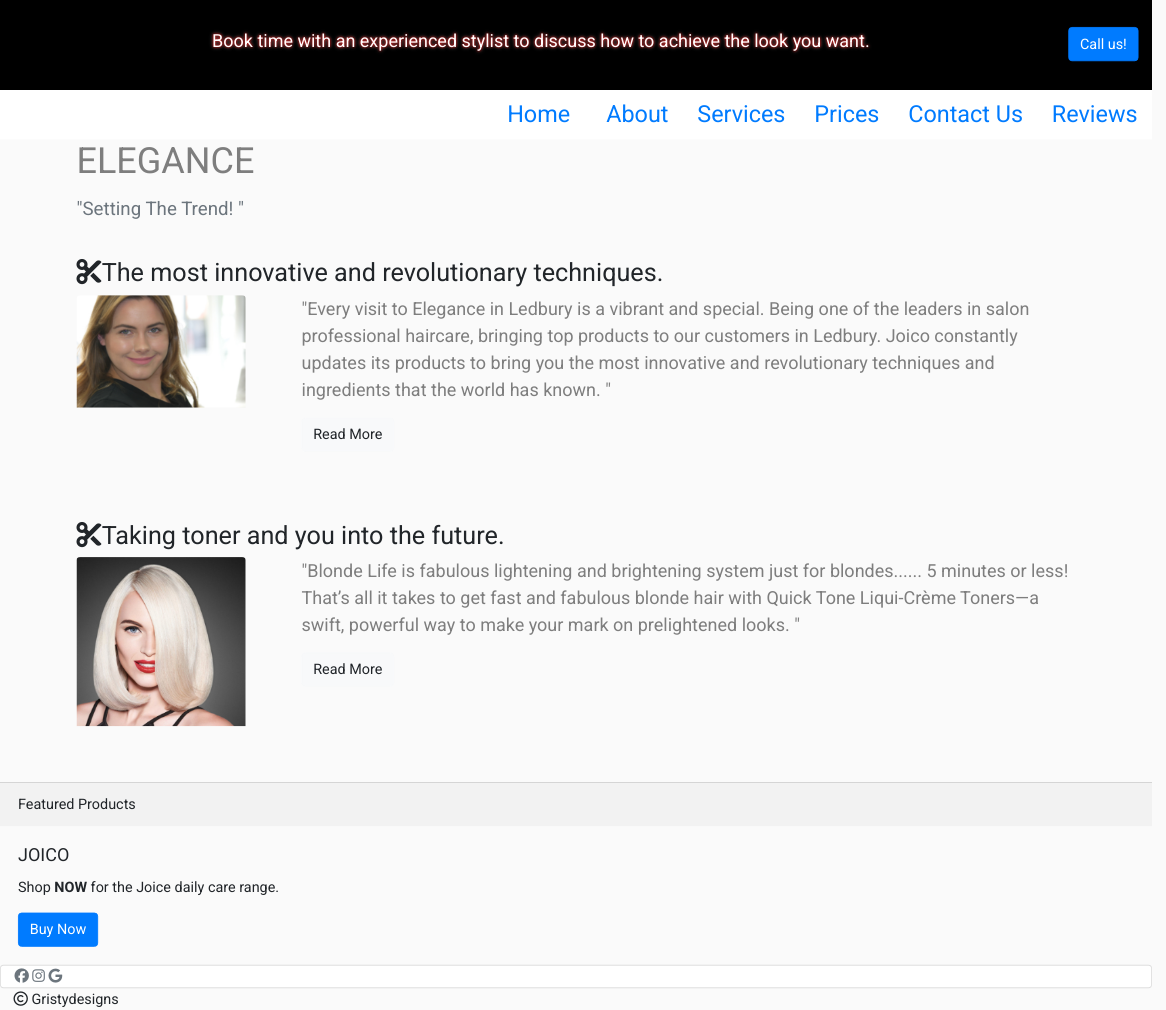
Repository: Gristydesigns/elegance-salon
Page: index.html
The author's editor kept a record of every edit. The page is drawn from the files as they stood at one moment, then again after the next edit.
The browser window is 1280 px wide. The page is 1295 px wide, so the pictures cover 1295 px, including what lies to the right of the window. The pictures show the whole page, at 90% of full size.
Some web libraries are served in a nearby version.

Above is the page before.
Console error: TypeError: Cannot read properties of undefined (reading 'fn')

After the next edit:
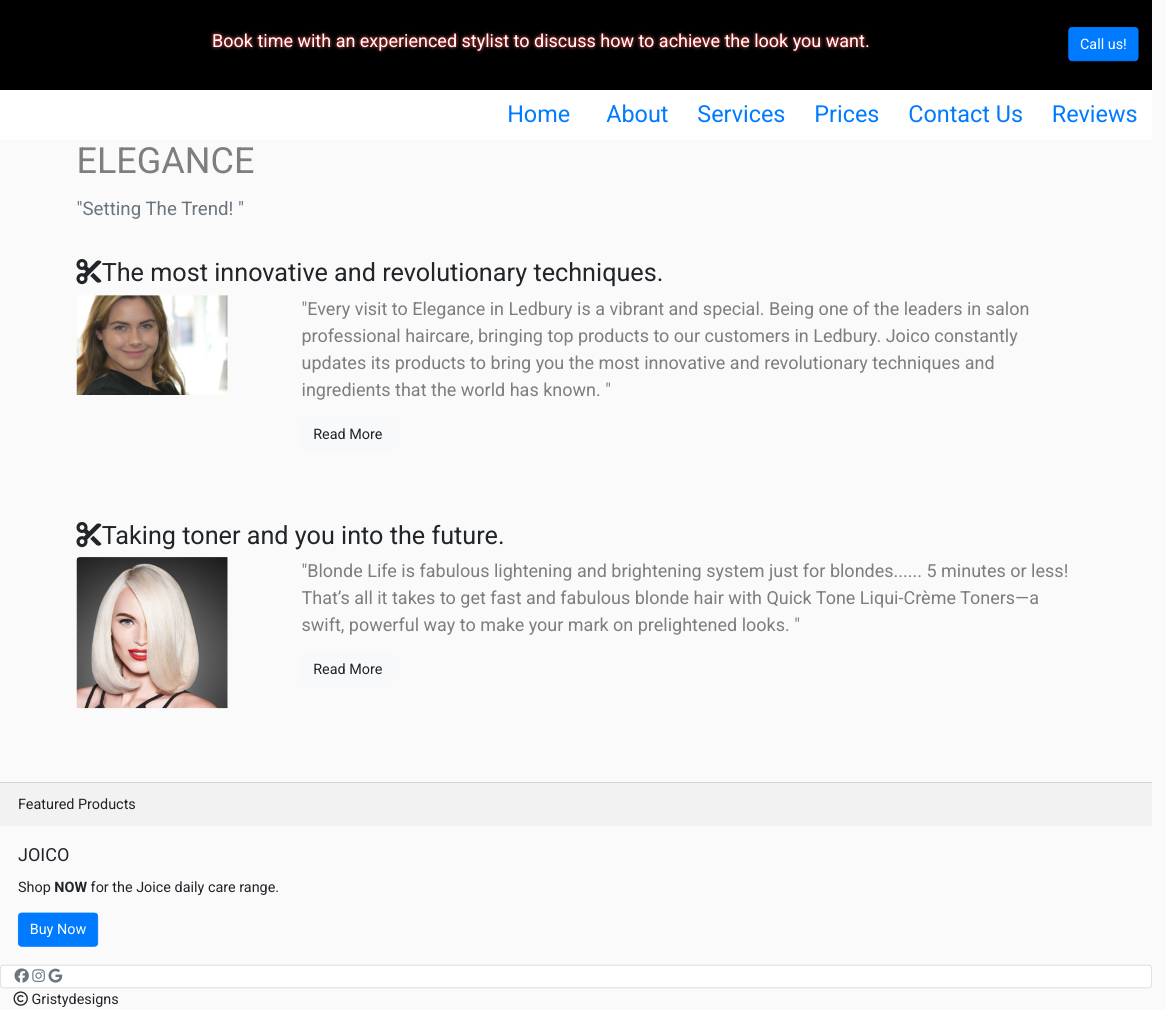
The edit:
--- a/assets/css/style.css
+++ b/assets/css/style.css
@@ -70,7 +70,8 @@
 .img-fluid {
     max-width: 75%;
     height: auto;
-    padding-bottom: 50px;
+    padding-bottom: 5px;
+    padding-right: 20px;
 
    /*---------------------------------Footer */
 .card-footer {
